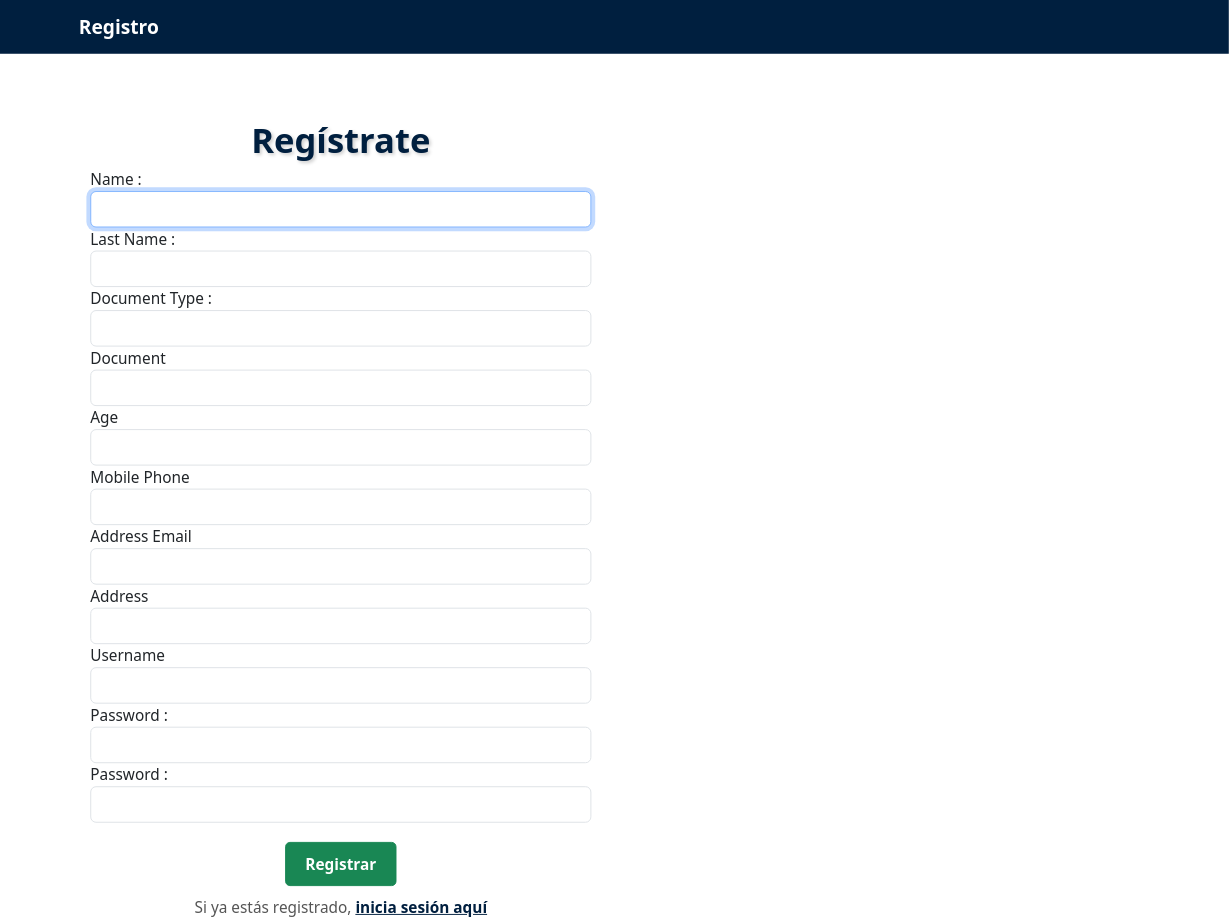
Repository: BolivarCaro/ecenviosweb
Page: http://localhost/record
An editor plug-in stored every save of this project. The page is shown before and after the next save, followed by the edit.
The browser window is 1280 px wide. The pictures show the whole page, at 96% of full size.
The page is this project's Thymeleaf template; nobody is signed in. The template is opened directly, without the code that normally fills it, so the values that code supplies are empty.

Above is the page before, as saved 2024-07-14 14:58:20.

After the next save:
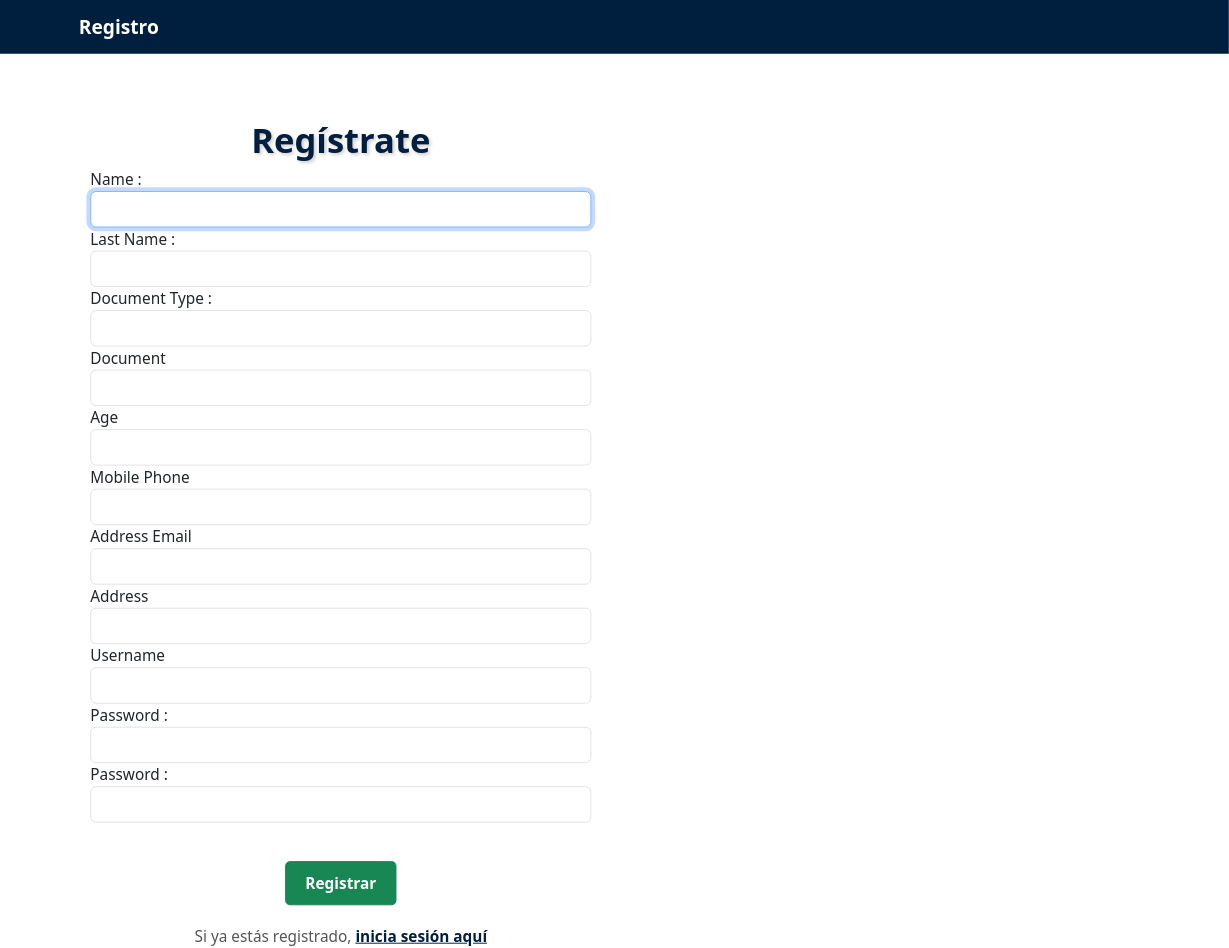
Saved 53 s later.
--- a/sprindbootecenvios/src/main/resources/templates/record.html
+++ b/sprindbootecenvios/src/main/resources/templates/record.html
@@ -95,11 +95,11 @@
 									required autofocus="autofocus">
 							</div>
 
-							<div class="form-group" style="text-align: center; margin-top: 20px;">
+							<div class="form-group" style="text-align: center; margin-top: 40px;">
 							    <button type="submit" class="btn btn-success" style="padding: 10px 20px; font-size: 16px; font-weight: bold; border-radius: 5px;">
 							        Registrar
 							    </button>
-							    <div style="margin-top: 10px; color: #555;">
+							    <div style="margin-top: 20px; color: #555;">
 							        <span>Si ya estás registrado, <a th:href="@{/login}" style="color: #001F3F; text-decoration: underline; font-weight: bold;">inicia sesión aquí</a></span>
 							    </div>
 							</div>
